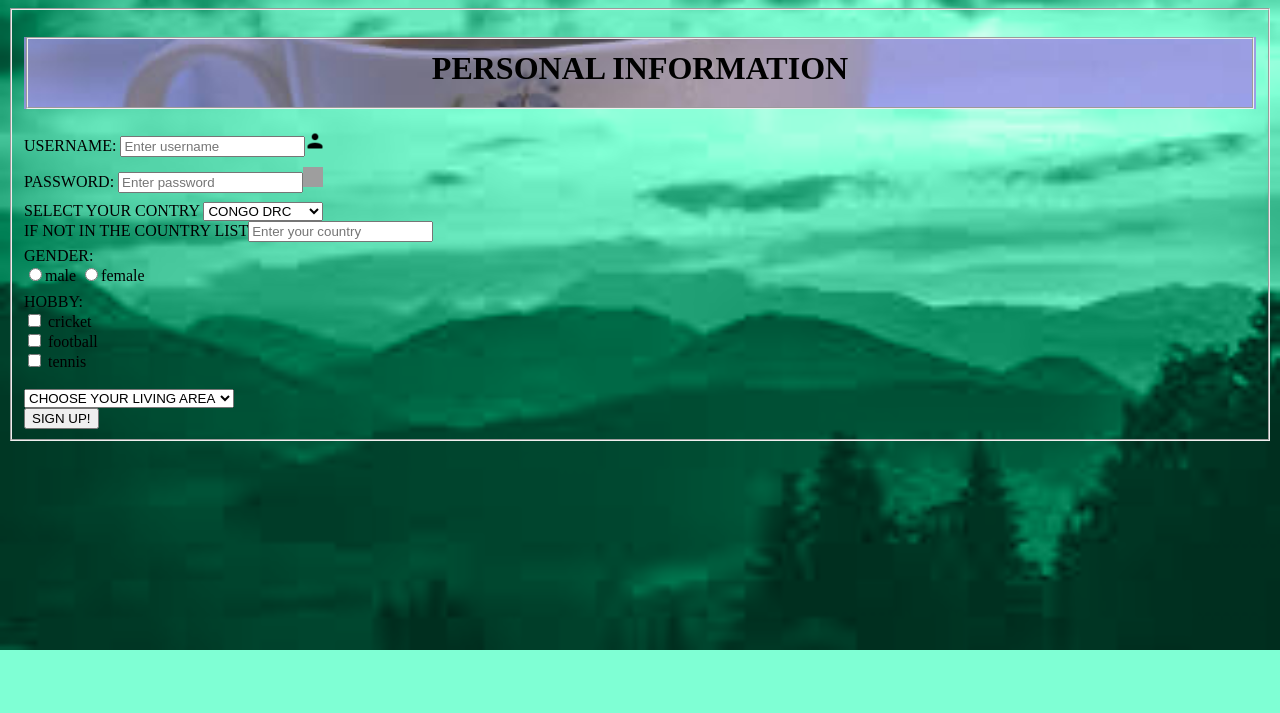
Repository: mirambialex/myform
Page: website/INDEX.HTML
An editor plug-in stored every save of this project. The page is shown before and after the next save, followed by the edit.
The browser window is 1280 px wide. The pictures show the whole page.
Pictures or frames that could not be fetched are drawn as grey boxes.

Above is the page before, as saved 2024-04-16 11:46:57.

After the next save:
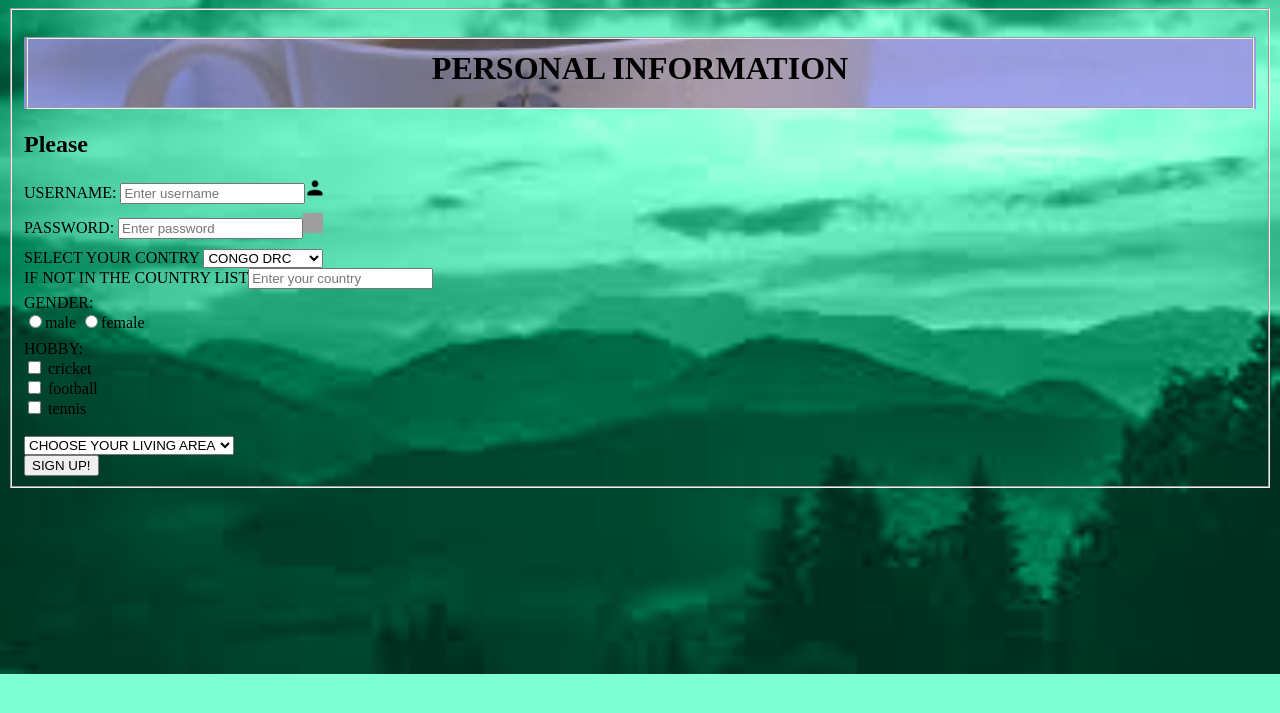
Saved 8 s later.
--- a/website/INDEX.HTML
+++ b/website/INDEX.HTML
@@ -11,7 +11,7 @@
                 <h1><FIEldset>PERSONAL INFORMATION </FIEldset></h1>
 </DIV>
 <DIV CLASS="BI"> <H2>
-
+    Please
 </H2>
 </DIV>
 <div class="gb">
